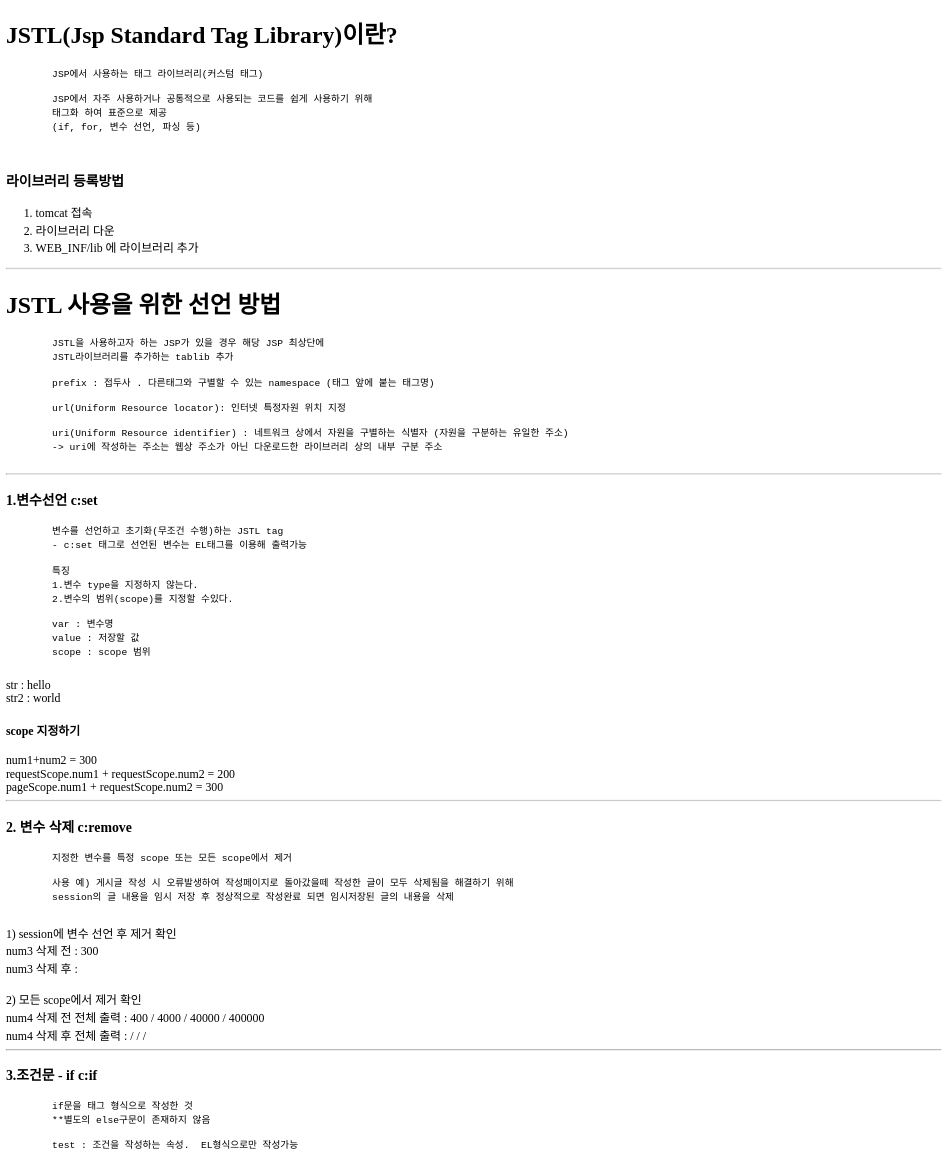
Repository: Seenee-Shin/servlet-jsp
Page: http://localhost/JSPProject/05_JSTL_1.jsp
These files come from the project's save history. The page is drawn as it stood at one moment and after the next save; the edit follows.
The browser window is 1280 px wide. The pictures show the whole page, at 74% of full size.
The page is served by Tomcat 9. Other server files are loaded and not shown.

Above is the page before, as saved 2021-11-30 02:14:37.

### JSPProject/src/main/webapp/05_JSTL_1.jsp
<%@ page language="java" contentType="text/html; charset=UTF-8" pageEncoding="UTF-8"%>
<%@ taglib prefix="c" uri="http://java.sun.com/jsp/jstl/core" %>
<!DOCTYPE html>
<html lang="ko">
<head>
	<meta charset="UTF-8">
	<meta name="viewport" content="width=device-width, initial-scale=1.0">
	<title>05.JSTL 개요</title>
</head>
<body>
	<h1>JSTL(Jsp Standard Tag Library)이란?</h1>

	<pre>
	JSP에서 사용하는 태그 라이브러리(커스텀 태그)

	JSP에서 자주 사용하거나 공통적으로 사용되는 코드를 쉽게 사용하기 위해
	태그화 하여 표준으로 제공
	(if, for, 변수 선언, 파싱 등)

	</pre>

	<h3>라이브러리 등록방법</h3>
	<ol>
		<li>tomcat 접속</li>
		<li>라이브러리 다운</li>
		<li>WEB_INF/lib 에 라이브러리 추가</li>
	</ol>

	<hr>
	<h1> JSTL 사용을 위한 선언 방법</h1>
	<pre>
	JSTL을 사용하고자 하는 JSP가 있을 경우 해당 JSP 최상단에
	JSTL라이브러리를 추가하는 tablib 추가

	prefix : 접두사 . 다른태그와 구별할 수 있는 namespace (태그 앞에 붙는 태그명)

	url(Uniform Resource locator): 인터넷 특정자원 위치 지정

	uri(Uniform Resource identifier) : 네트워크 상에서 자원을 구별하는 식별자 (자원을 구분하는 유일한 주소)
	-> uri에 작성하는 주소는 웹상 주소가 아닌 다운로드한 라이브러리 상의 내부 구분 주소
	</pre>

	<hr>
	<h3>1.변수선언 c:set </h3>
	<pre>
	변수를 선언하고 초기화(무조건 수행)하는 JSTL tag
	- c:set 태그로 선언된 변수는 EL태그를 이용해 출력가능

	특징
	1.변수 type을 지정하지 않는다.
	2.변수의 범위(scope)를 지정할 수있다.

	var : 변수명
	value : 저장할 값
	scope : scope 범위
	</pre>

	<% String str = "hello"; %>
	str : <%= str %>
	<br>
	<c:set var="str2" value="world"></c:set>
	str2 : ${str2}

	<h4>scope 지정하기</h4>
	<c:set var="num1" value="100"/> <!-- scope 기본값은 page -->
	<c:set var="num2" value="200" scope="request"/>
	num1+num2 = ${num1 + num2}<br>

	requestScope.num1 + requestScope.num2 = ${requestScope.num1 + requestScope.num2} <br>
	pageScope.num1 + requestScope.num2 = ${pageScope.num1 + requestScope.num2} <br>

	<hr>
	<h3>2. 변수 삭제 c:remove</h3>
	<pre>
	지정한 변수를 특정 scope 또는 모든 scope에서 제거

	사용 예) 게시글 작성 시 오류발생하여 작성페이지로 돌아갔을떼 작성한 글이 모두 삭제됨을 해결하기 위해
	session의 글 내용을 임시 저장 후 정상적으로 작성완료 되면 임시저장된 글의 내용을 삭제
	</pre>

	1) session에 변수 선언 후 제거 확인 <br>
	<c:set var="num3" value="300" scope="session"/>
	num3 삭제 전 : ${sessionScope.num3} <br>
	<c:remove var="num3" scope="session"/> <!--session의 num3제거  -->
	num3 삭제 후 : ${sessionScope.num3} <br>
	<br>
	2) 모든 scope에서 제거 확인 <br>
	<c:set var="num4" value="400"/> <!-- page scope -->
	<c:set var="num4" value="4000" scope="request"/>
	<c:set var="num4" value="40000" scope="session"/>
	<c:set var="num4" value="400000" scope="application"/>

	num4 삭제 전 전체 출력 : ${num4} / ${requestScope.num4} / ${sessionScope.num4} / ${applicationScope.num4} <br>

	<c:remove var="num4"/>
	num4 삭제 후 전체 출력 : ${num4} / ${requestScope.num4} / ${sessionScope.num4} / ${applicationScope.num4} <br>

	<hr>
	<h3>3.조건문 - if  c:if</h3>
	<pre>
	if문을 태그 형식으로 작성한 것
	**별도의 else구문이 존재하지 않음

	test : 조건을 작성하는 속성.  EL형식으로만 작성가능
	</pre>

	<!-- 변수 선언 -->
	<c:set var="test1" value="10"/>
	<c:set var="test1" value="20"/>

	<!--c:if의 사용  -->
	<c:if test="${test1 > test2}">
		test1이 더 크다
	</c:if>

	<!-- else구문이 없으므로 필요시 반대 조건의 c:if 작성 -->
	<c:if test="${test1 <= test2}">
		test2가 크거나 같다
	</c:if>




</body>
</html>

After the next save:
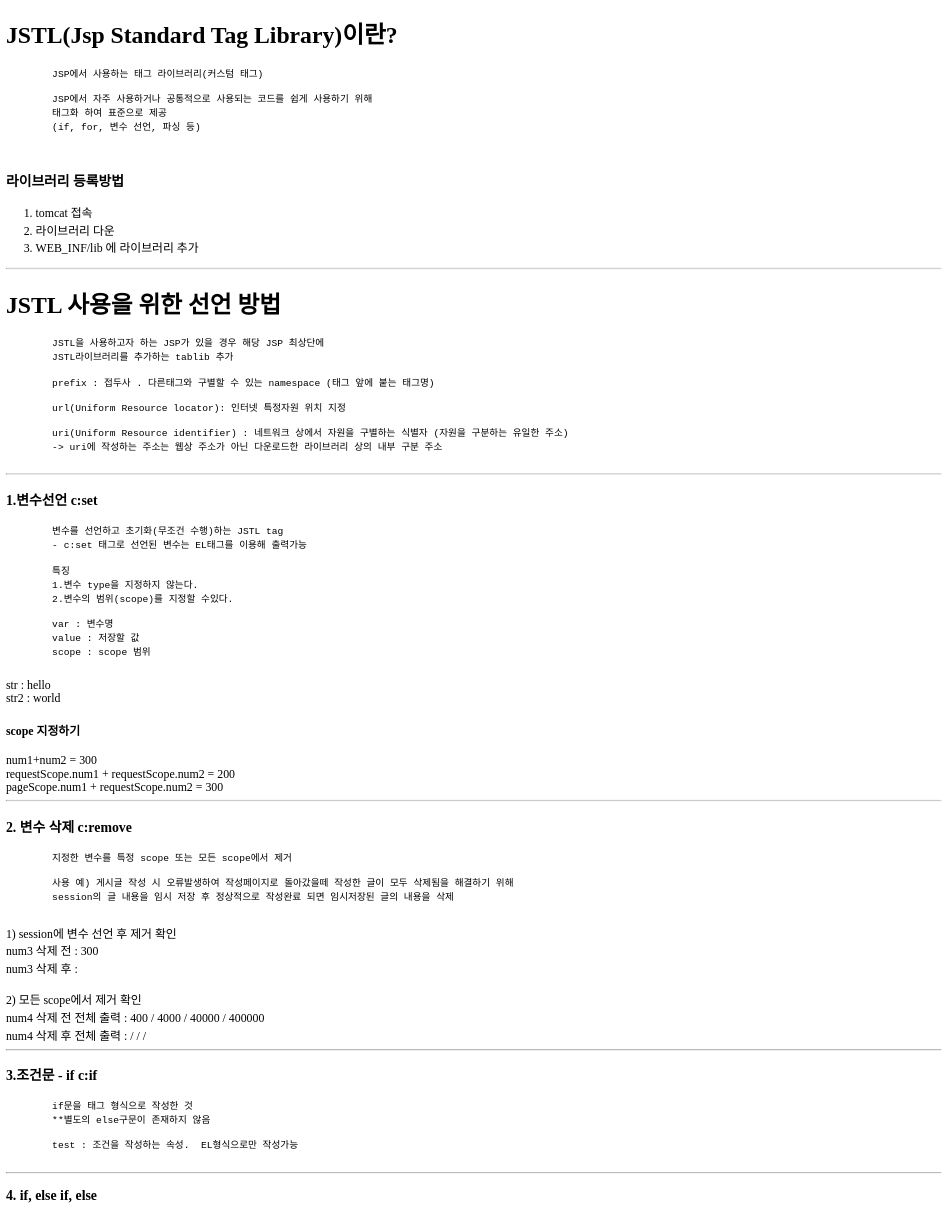
Saved 46 s later.
--- a/JSPProject/src/main/webapp/05_JSTL_1.jsp
+++ b/JSPProject/src/main/webapp/05_JSTL_1.jsp
@@ -118,7 +118,8 @@
 		test2가 크거나 같다
 	</c:if>
 
-
+	<hr>
+	<h3>4. if, else if, else</h3>
 
 
 </body>
